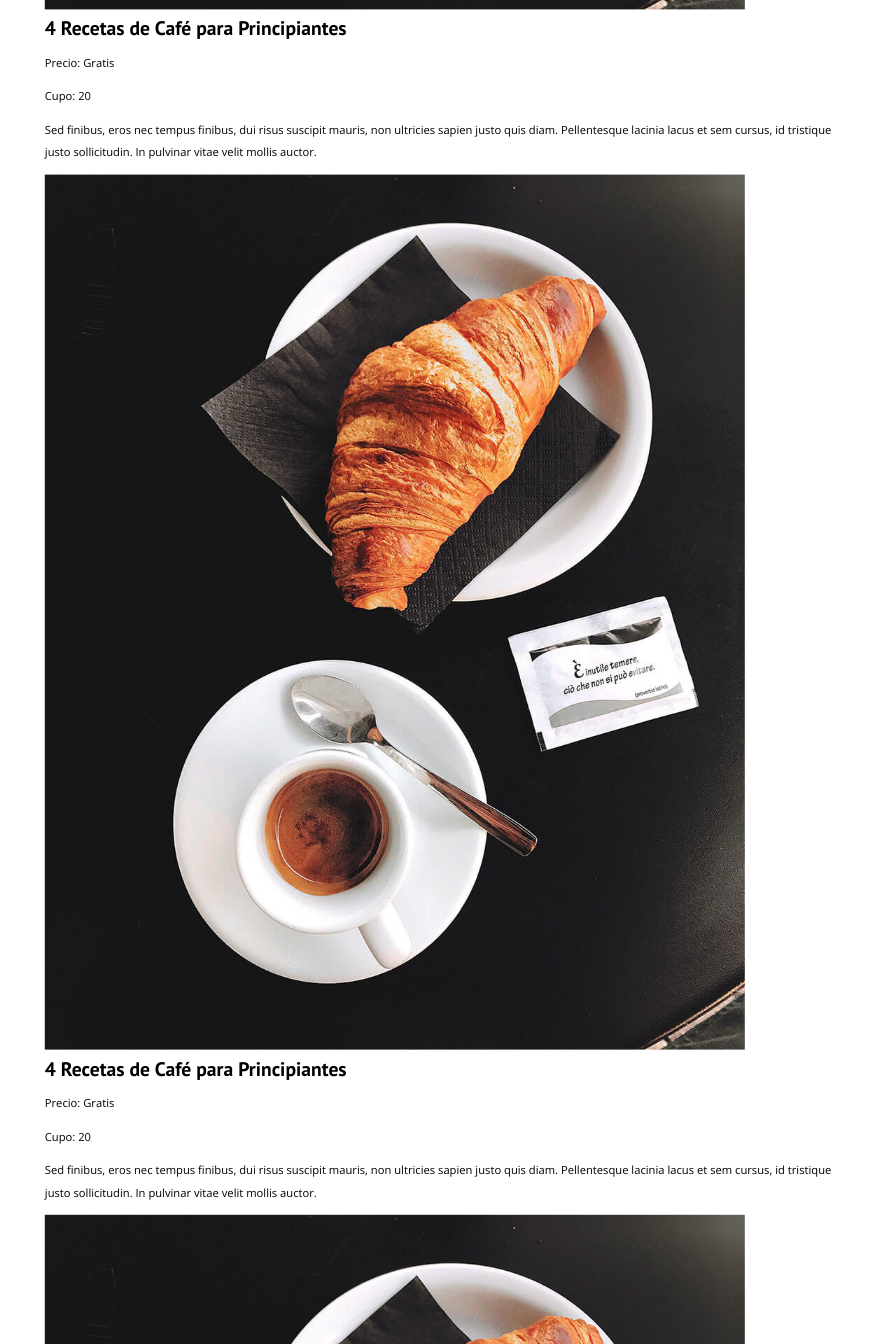
Repository: araque1990/blog_de_cafe
Page: cursos.html
The author's editor kept a copy of each file at every save. The page is drawn from the files as they stood at one save, then again after the next save.
The browser window is 1280 px wide. The pictures show the part of the page from y = 1938 to 3858 px (the page is 5311 px tall), at 70% of full size.

Above is the page before, as saved 2023-01-12 18:28:47.

### cursos.html
<!DOCTYPE html>
<html lang="es">
<head>
  <meta charset="UTF-8">
  <meta http-equiv="X-UA-Compatible" content="IE=edge">
  <meta name="viewport" content="width=device-width, initial-scale=1.0">
  <title>Blog de Café</title>
  <link rel="stylesheet" href="css/normalize.css">
  <link rel="preconnect" href="https://fonts.googleapis.com"><link rel="preconnect" href="https://fonts.gstatic.com" crossorigin><link href="https://fonts.googleapis.com/css2?family=Open+Sans&family=PT+Sans:wght@400;700&display=swap" rel="stylesheet">
  <link rel="stylesheet" href="css/styles.css">
</head>
<body>

  <header class="header">
    <div class="contenedor">
      <div class="barra">
        <a class="logo" href="index.html">
          <h1 class="logo__nombre no-margin centrar-texto">Blog<span class="logo__bold">DeCafé</span></h1>
        </a>

        <nav class="navegacion">
          <a href="nosotros.html" class="navegacion__enlace">Nosotros</a>
          <a href="cursos.html" class="navegacion__enlace">Cursos</a>
          <a href="contacto.html" class="navegacion__enlace">Contacto</a>
        </nav>
      </div>
    </div>
    <div class="header__texto">
      <h2 class="no-margin">Blog de café con consejos y cursos</h2>
      <p class="no-margin">Aprende de los expertos con las mejores recetas y consejos</p>
    </div>
  </header>

  <main class="contenedor">
    <h3 class="centrar-texto">Nuestros Próximos Cursos y Talleres</h3>

    <div class="curso">
      <div class="curso__imagen">
        <img src="img/curso1.jpg" alt="imagen del curso">
      </div>

      <div class="curso__informacion">
        <h4 class="no-margin">4 Recetas de Café para Principiantes</h4>
        <p class="curso__label">Precio:
          <span class="curso__info">Gratis</span>
        </p>
        <p class="curso__label">Cupo:
          <span class="curso__info">20</span>
        </p>
        <p class="curso__descripcion">
          Sed finibus, eros nec tempus finibus, dui risus suscipit mauris, non ultricies sapien justo quis diam. Pellentesque lacinia lacus et sem cursus, id tristique justo sollicitudin. In pulvinar vitae velit mollis auctor.
        </p>
      </div> <!--.curso__informacion-->
    </div> <!--.curso-->

    <div class="curso">
      <div class="curso__imagen">
        <img src="img/curso1.jpg" alt="imagen del curso">
      </div>

      <div class="curso__informacion">
        <h4 class="no-margin">4 Recetas de Café para Principiantes</h4>
        <p class="curso__label">Precio:
          <span class="curso__info">Gratis</span>
        </p>
        <p class="curso__label">Cupo:
          <span class="curso__info">20</span>
        </p>
        <p class="curso__descripcion">
          Sed finibus, eros nec tempus finibus, dui risus suscipit mauris, non ultricies sapien justo quis diam. Pellentesque lacinia lacus et sem cursus, id tristique justo sollicitudin. In pulvinar vitae velit mollis auctor.
        </p>
      </div> <!--.curso__informacion-->
    </div> <!--.curso-->

    <div class="curso">
      <div class="curso__imagen">
        <img src="img/curso1.jpg" alt="imagen del curso">
      </div>

      <div class="curso__informacion">
        <h4 class="no-margin">4 Recetas de Café para Principiantes</h4>
        <p class="curso__label">Precio:
          <span class="curso__info">Gratis</span>
        </p>
        <p class="curso__label">Cupo:
          <span class="curso__info">20</span>
        </p>
        <p class="curso__descripcion">
          Sed finibus, eros nec tempus finibus, dui risus suscipit mauris, non ultricies sapien justo quis diam. Pellentesque lacinia lacus et sem cursus, id tristique justo sollicitudin. In pulvinar vitae velit mollis auctor.
        </p>
      </div> <!--.curso__informacion-->
    </div> <!--.curso-->

  </main>

  <footer class="footer">
    <div class="contenedor">
      <div class="barra">
        <a class="logo" href="index.html">
          <h1 class="logo__nombre no-margin centrar-texto">Blog<span class="logo__bold">DeCafé</span></h1>
        </a>

        <nav class="navegacion">
          <a href="nosotros.html" class="navegacion__enlace">Nosotros</a>
          <a href="cursos.html" class="navegacion__enlace">Cursos</a>
          <a href="contacto.html" class="navegacion__enlace">Contacto</a>
        </nav>
      </div>
    </div>
  </footer>
</body>
</html>

### css/styles.css
:root {
  --fuenteHeading: 'PT Sans', sans-serif;
  --fuenteParrafos: 'Open Sans', sans-serif;

  --secundario: #784D3C;
  --gris: #E1E1E1;
  --blanco: #FFF;
  --negro: #000;
}
html {
  box-sizing: border-box;
  font-size: 62.5%;
}
*, *:before, *:after {
  box-sizing: inherit;
}
body {
  font-family: var(--fuenteParrafos);
  font-size: 1.6rem;
  line-height: 2;
}

/* Globales */
.contenedor {
  max-width: 120rem;
  width: 90%;
  /* width: min(90%, 120rem); //ESTO ES LO MISMO QUE LOS DOS ATRIBUTOS DE ARRIBA */
  margin: 0 auto;
}
a {
  text-decoration: none;
}
h1, h2, h3, h4 {
  font-family: var(--fuenteHeading);
  line-height: 1.2;
}
h1 {
  font-size: 4.8rem;
}
h2 {
  font-size: 4rem;
}
h3 {
  font-size: 3.2rem;
}
h4 {
  font-size: 2.8rem;
}
img {
  max-width: 100%;
}

/* Utilidades */
.no-margin {
  margin: 0;
}
.no-padding {
  padding: 0;
}
.centrar-texto {
  text-align: center;
}

/* Header */
.header {
  background-image: url(../img/banner.jpg);
  height: 60rem;
  background-size: cover;
  background-repeat: no-repeat;
  background-position: center center;
}
.header__texto {
  text-align: center;
  color: var(--blanco);
  margin-top: 5rem;
}

@media (min-width: 768px) {
  .header__texto {
    margin-top: 15rem;
  }
}

@media (min-width: 768px) {
  .barra {
    display: flex;
    justify-content: space-between;
    align-items: center;
  }
}
.barra {
  padding-top: 4rem;
}
.logo {
  color: var(--blanco);
}
.logo__nombre {
  font-weight: 400;
}
.logo__bold {
  font-weight: 700;
}

@media (min-width: 768px) {
  .navegacion {
    display: flex;
    gap: 2rem;
  }
}
.navegacion__enlace {
  display: block;
  text-align: center;
  font-size: 1.8rem;
  color: var(--blanco);
}

@media (min-width: 768px) {
  .contenido-principal {
    display: grid;
    grid-template-columns: 2fr 1fr;
    column-gap: 4rem;
  }
}

.entrada {
  border-bottom: 1px solid var(--gris);
  margin-bottom: 2rem;
}
.entrada:last-of-type {
  border: none;
  margin-bottom: 0;
}
.boton {
  display: block;
  font-family: var(--fuenteHeading);
  color: var(--blanco);
  text-align: center;
  padding: 1rem 3rem;
  font-size: 1.8rem;
  text-transform: uppercase;
  font-weight: 700;
  margin-bottom: 2rem;
}
@media (min-width: 768px) {
  .boton {
    display: inline-block;
  }
}
.boton--primario {
  background-color: var(--negro);
}
.boton--secundario {
  background-color: var(--secundario);
}

.cursos {
  list-style: none;
}

.widget-curso {
  border-bottom: 1px solid var(--gris);
  margin-bottom: 2rem;
}
.widget-curso:last-of-type {
  border: none;
  margin-bottom: 0;
}
.widget-curso__label {
  font-family: var(--fuenteHeading);
  font-weight: 700;
}
.widget-curso__info {
  font-weight: 400;
}
.widget-curso__info, .widget-curso__label {
  font-size: 2rem;
}

.footer {
  background-color: var(--negro);
  padding-bottom: 3rem;
  margin-top: 4rem;
}

/* Sobre Nosotros */
@media (min-width: 768px) {
  .sobre-nosotros {
    display: grid;
    grid-template-columns: repeat(2, 1fr);
    column-gap: 2rem;
  }
}

Loaded but not shown: css/normalize.css (library)

After the next save:
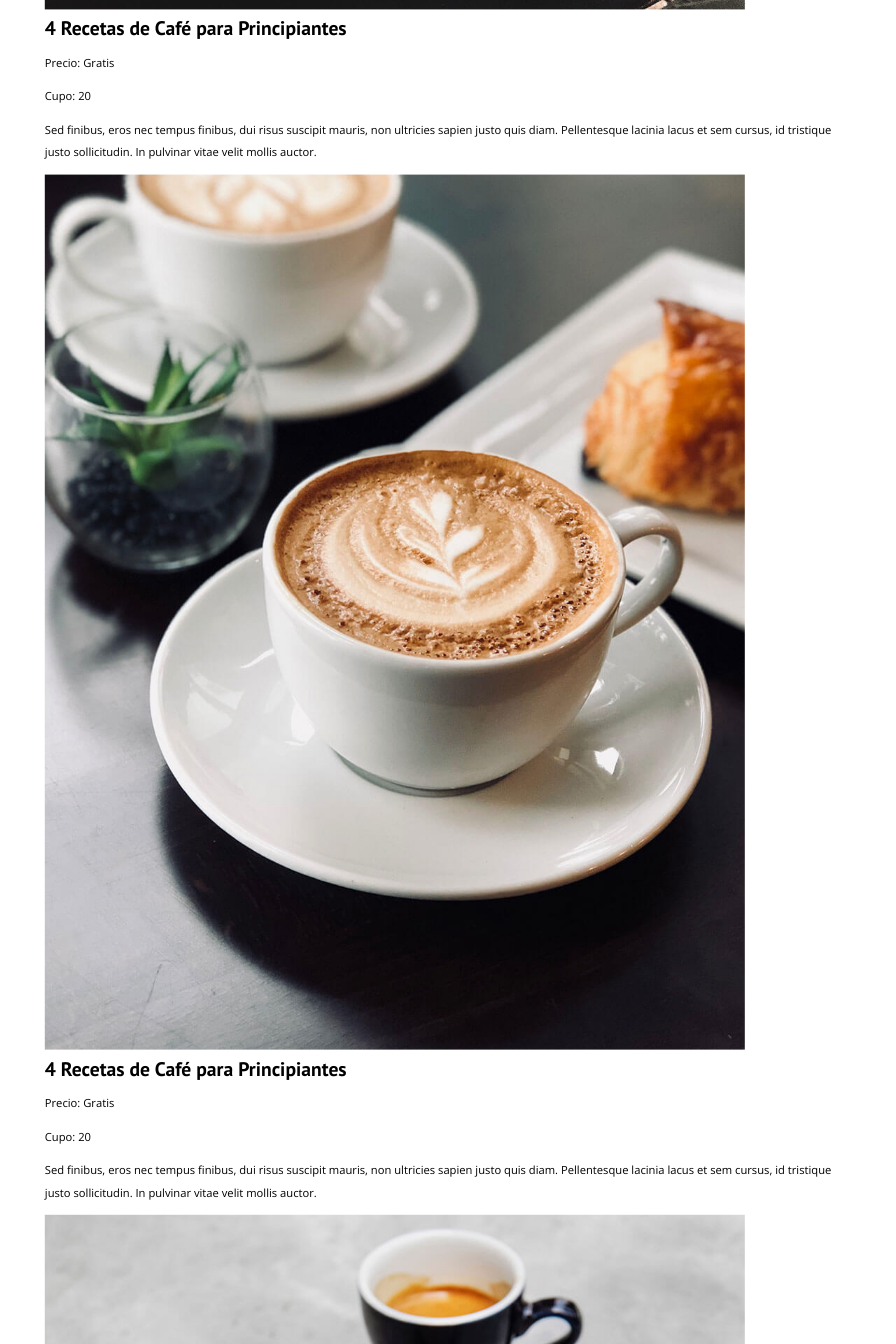
Saved 28 s later.
--- a/cursos.html
+++ b/cursos.html
@@ -55,7 +55,7 @@
 
     <div class="curso">
       <div class="curso__imagen">
-        <img src="img/curso1.jpg" alt="imagen del curso">
+        <img src="img/curso2.jpg" alt="imagen del curso">
       </div>
 
       <div class="curso__informacion">
@@ -74,7 +74,7 @@
 
     <div class="curso">
       <div class="curso__imagen">
-        <img src="img/curso1.jpg" alt="imagen del curso">
+        <img src="img/curso3.jpg" alt="imagen del curso">
       </div>
 
       <div class="curso__informacion">
